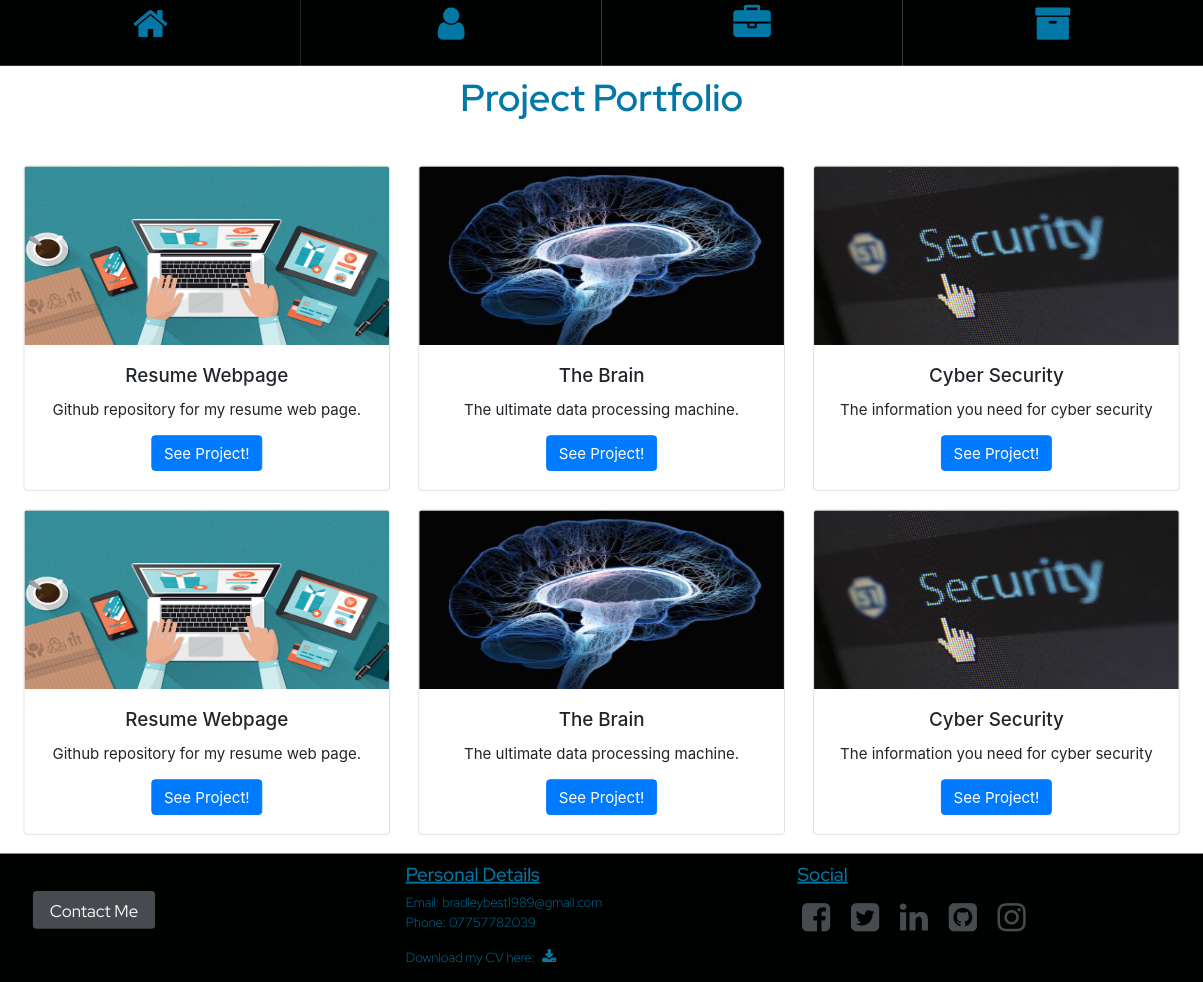
Repository: Brad000/Resume-project
Page: projects.html
The author's editor kept a record of every edit. The page is drawn from the files as they stood at one moment, then again after the next edit.
The browser window is 1280 px wide. The pictures show the whole page, at 94% of full size.

Above is the page before.

After the next edit:
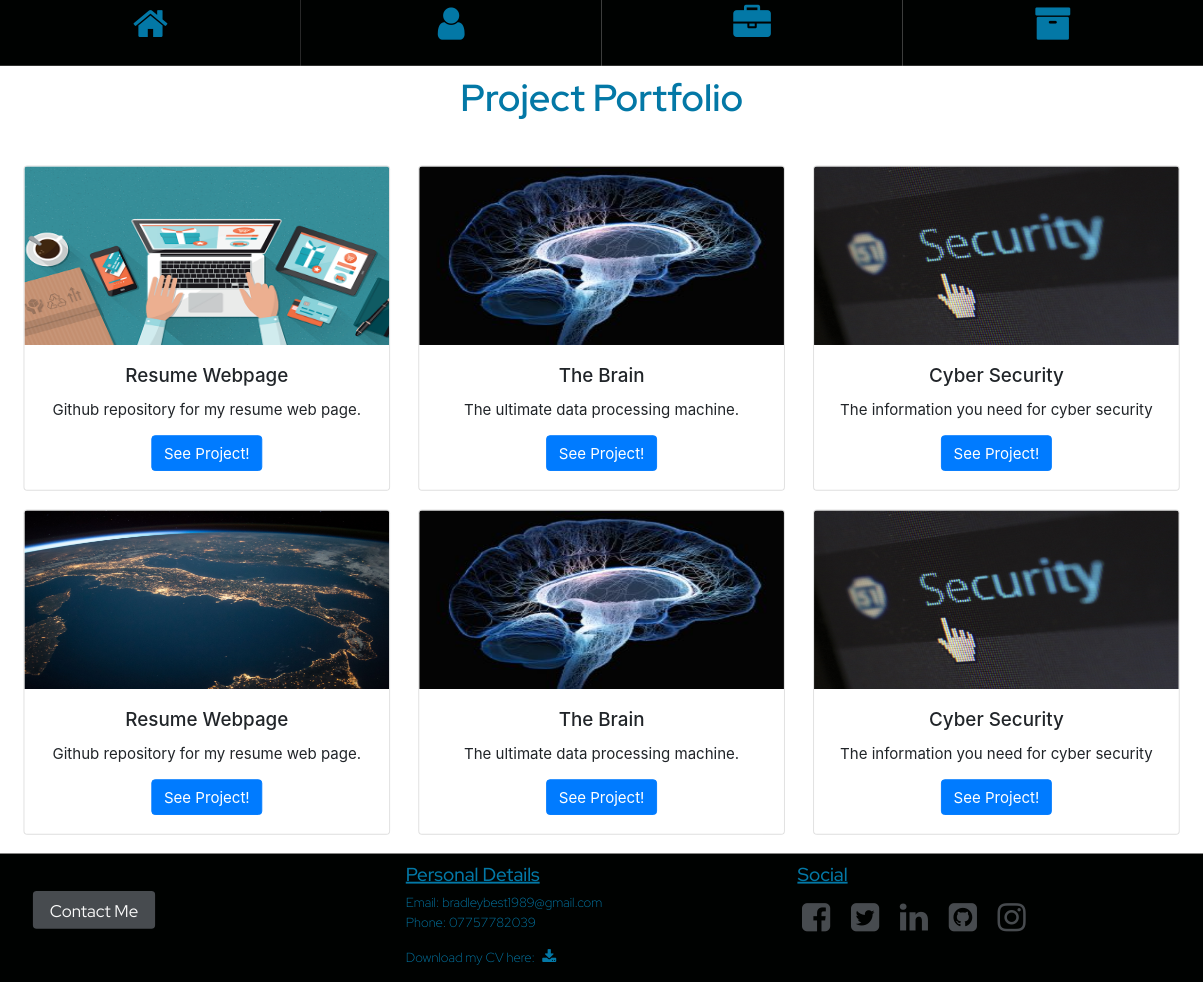
The edit:
--- a/projects.html
+++ b/projects.html
@@ -78,7 +78,7 @@
     </div>
     <div class="card-deck">
         <div class="card text-center">
-            <img src="assets/images/online.png" class="card-img-top" alt="Resume Icon">
+            <img src="assets/image/earth.jpg" class="card-img-top" alt="Picture of Planet Earth">
             <div class="card-body">
                 <h5 class="card-title">Resume Webpage</h5>
                 <p class="card-text">Github repository for my resume web page.</p>
